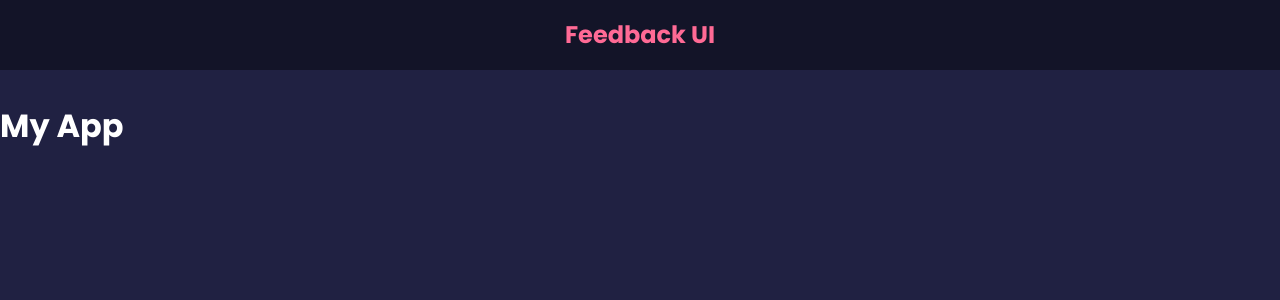
Repository: haokiet2501/feedback-app
Page: /
The author's editor kept a copy of each file at every save. The page is drawn from the files as they stood at one save, then again after the next save.
The browser window is 1280 px wide. The pictures show the whole page.
The project was rebuilt for these pictures with package versions that can differ from the ones it lists, and the page was loaded fresh each time.

Above is the page before, as saved 2022-02-23 12:08:41.

After the next save:
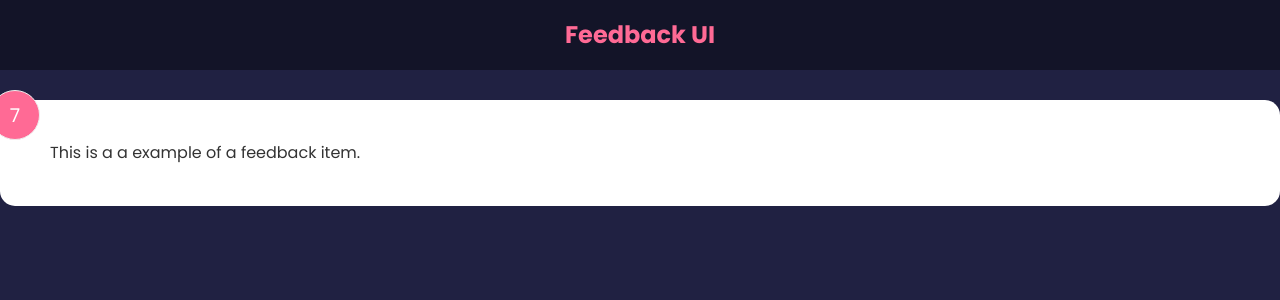
Saved 9 s later.
--- a/src/App.js
+++ b/src/App.js
@@ -5,7 +5,7 @@ function App() {
         <>
             <Header />
             <div className="contianer">
-                <h1>My App</h1>
+                <FeedbackItem />
             </div>
         </>
     )
